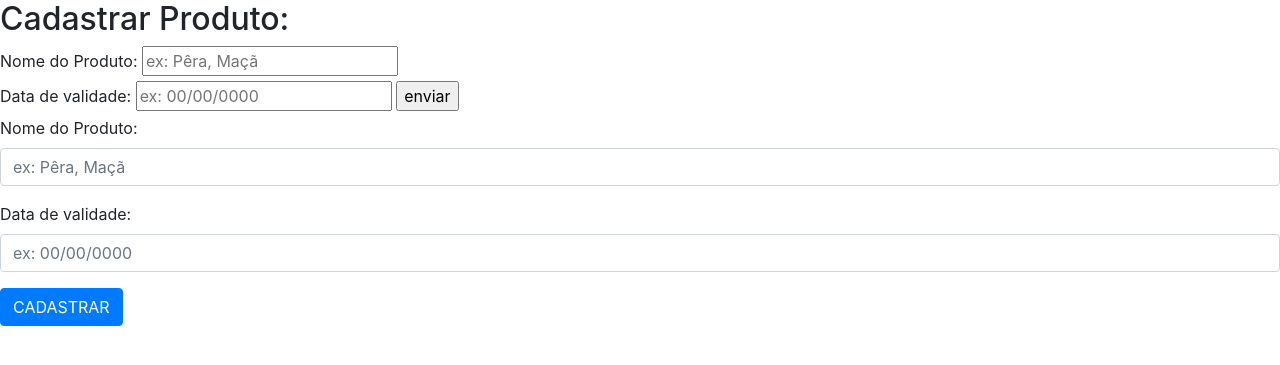
Repository: ricardofelipesilva/sistema
Page: http://localhost/site/controle.jsp
The author's editor kept a copy of each file at every save. The page is drawn from the files as they stood at one save, then again after the next save.
The browser window is 1280 px wide. The pictures show the whole page.
The page is served by Tomcat 9.

Above is the page before, as saved 2019-07-01 08:18:02.

After the next save:
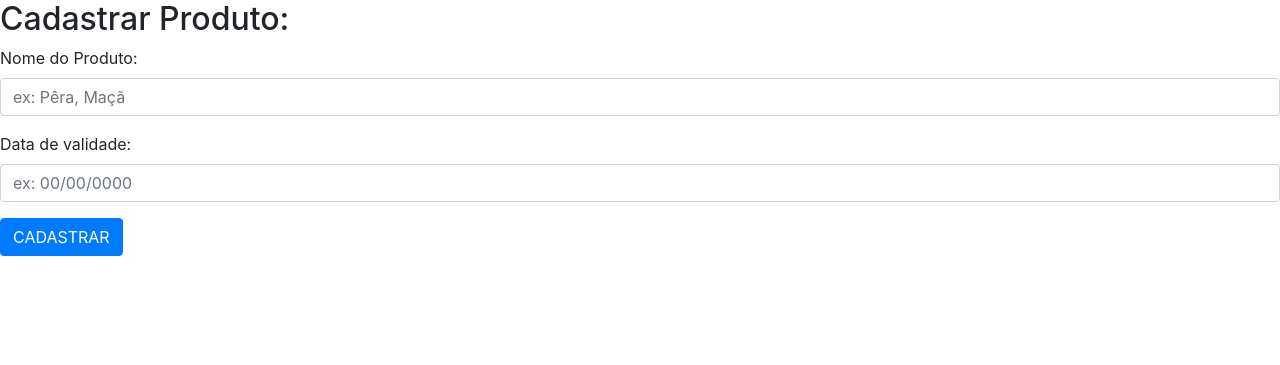
Saved 16 s later.
--- a/site/WebContent/controle.jsp
+++ b/site/WebContent/controle.jsp
@@ -17,14 +17,14 @@
 
 	<h2>Cadastrar Produto:</h2>
 
-	<div>
-		<label>Nome do Produto:</label>
-		<input type="text" name="nome" placeholder="ex: Pêra, Maçã" required/>
-		<br>
-		<label>Data de validade:</label>
-		<input type="text" name="dataValidade"  placeholder="ex: 00/00/0000" />
-		<input type="submit" value="enviar">
-	</div>
+<!-- 	<div> -->
+<!-- 		<label>Nome do Produto:</label> -->
+<!-- 		<input type="text" name="nome" placeholder="ex: Pêra, Maçã" required/> -->
+<!-- 		<br> -->
+<!-- 		<label>Data de validade:</label> -->
+<!-- 		<input type="text" name="dataValidade"  placeholder="ex: 00/00/0000" /> -->
+<!-- 		<input type="submit" value="enviar"> -->
+<!-- 	</div> -->
 
 
 	</form>
